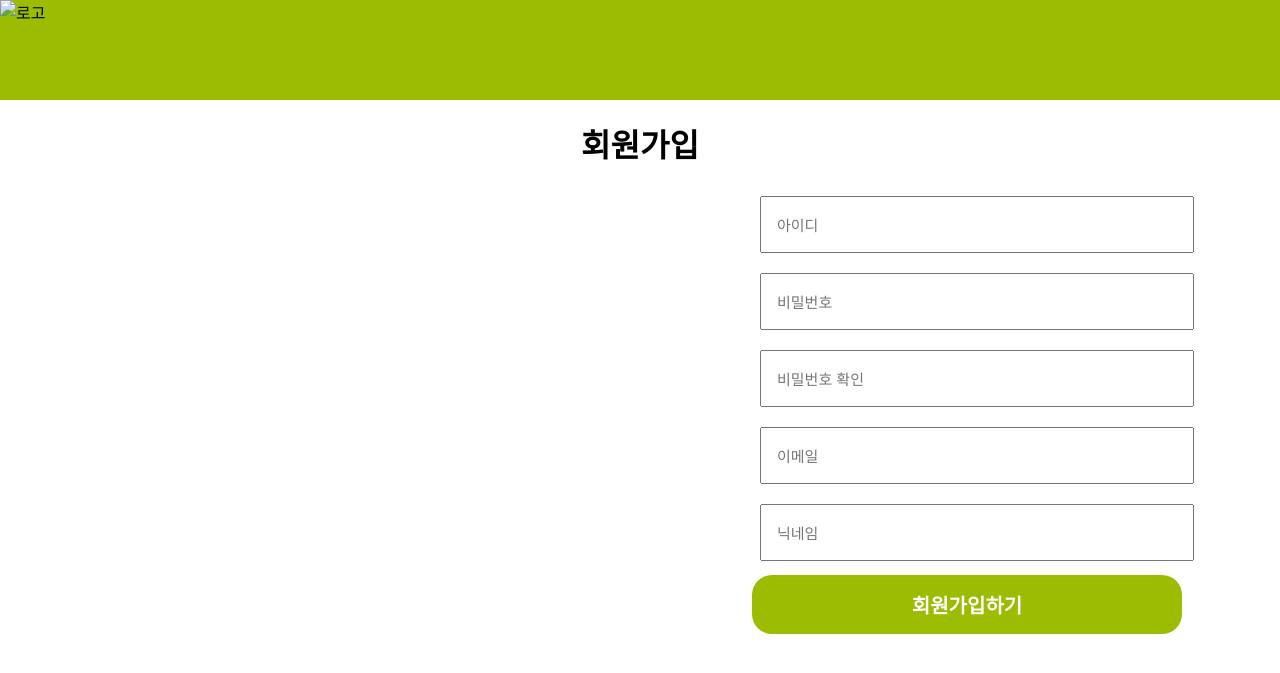
Repository: YUGyuSang/today-cooking
Page: http://localhost/today_special/signUp.jsp
The author's editor kept a copy of each file at every save. The page is drawn from the files as they stood at one save, then again after the next save.
The browser window is 1280 px wide. The pictures show the whole page.
Some web libraries are served in a nearby version. The page is served by Tomcat 9.

Above is the page before, as saved 2021-05-03 12:37:35.

After the next save:
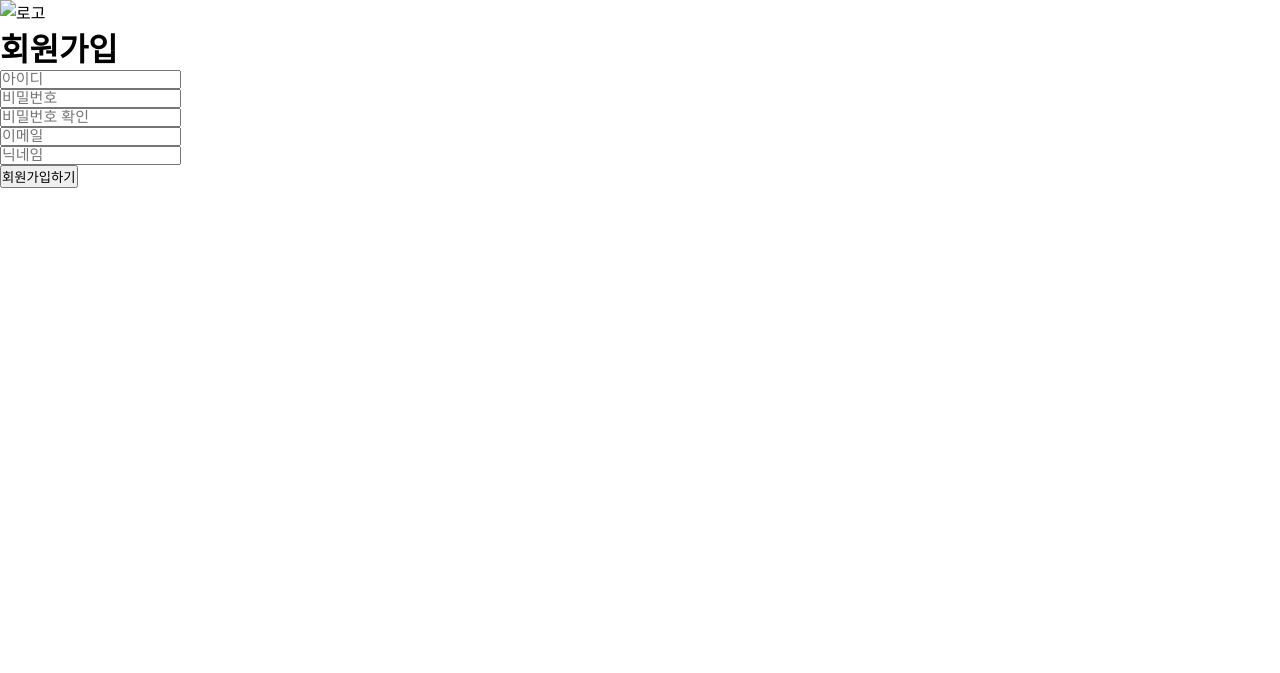
Saved 32 min 29 s later.
--- a/today_special/src/main/webapp/signUp.css
+++ b/today_special/src/main/webapp/signUp.css
@@ -1,45 +1,34 @@
-@charset "UTF-8";
-*{padding: 0; margin: 0;}
-
-.signhead{
+*{
+    padding: 0;
+    margin: 0;
+}
+#header{
     width: 100%;
-    height: 100px;
+    height: 150px;
     background-color: #9BBC00;
+    text-align: center;
 }
 
-li{
-    list-style: none;
-}
-
-h1{
+#container{
+    width: 1000px;
+    margin: 0 auto;
     text-align: center;
     padding: 20px;
 }
 
-.signup_li{
+#container div {
+    padding: 20px;
+}
+
+.inputs input{
+    outline: none;
     font-size: 20px;
     padding: 15px;
     padding-right: 150px;
     outline: none;
 }
 
-.signup_ul li{
-    padding: 10px;
-}
-
-::placeholder{
-    font-size: 15px;
-}
-
-main{
-    padding-left:750px;
-}
-
-.signupbtn{
-    padding-left: 750px;
-}
-
-.signupbtn button{
+#signupbtn button{
     background-color: #9BBC00;
     border: none;
     color: #fff;
@@ -48,14 +37,16 @@ main{
     text-decoration: none;
     font-size: 20px;
     outline: none;
-    display: inline-block;
-    margin: 4px 2px;
     cursor: pointer;
     border-radius: 1em;
     width: 430px;
     font-weight: 900;
 }
 
-.signupbtn button:hover{
+#signupbtn button:hover{
     color: #111;
 }
+
+::placeholder{
+    font-size: 15px;
+}
